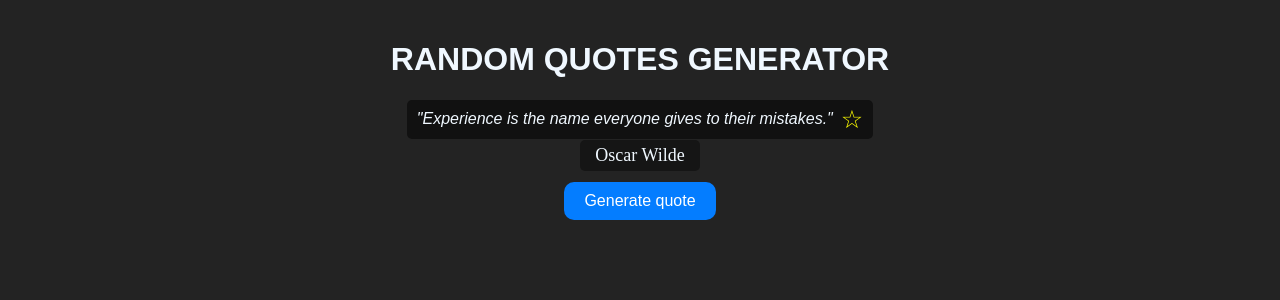
Repository: Adel-la/random-quotes
Page: index.html
These files come from the project's save history. The page is drawn as it stood at one moment and after the next save; the edit follows.
The browser window is 1280 px wide. The pictures show the whole page.

Above is the page before, as saved 2025-06-25 17:48:48.

After the next save:
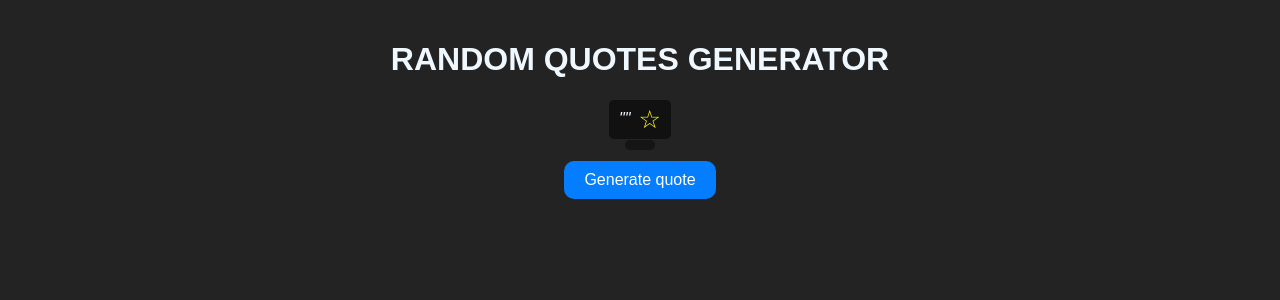
Console error: SyntaxError: Unexpected token '.'
Saved 2 min 46 s later.
--- a/src/handlers/utils.js
+++ b/src/handlers/utils.js
@@ -7,7 +7,7 @@
 
 export function setQuoteId(quotes){
   return quotes.forEach(quote => ({
-    id: generateHexId(),
+    quote.id: generateHexId(),
     ...quote
   }))
 }

After the save that followed:
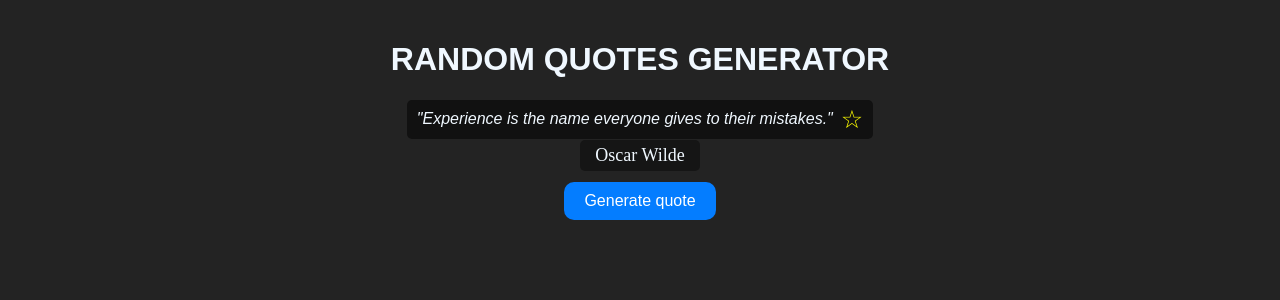
The error is gone.
Saved 4 s later.
--- a/src/handlers/utils.js
+++ b/src/handlers/utils.js
@@ -7,7 +7,7 @@
 
 export function setQuoteId(quotes){
   return quotes.forEach(quote => ({
-    quote.id: generateHexId(),
+    id: generateHexId(),
     ...quote
   }))
 }
